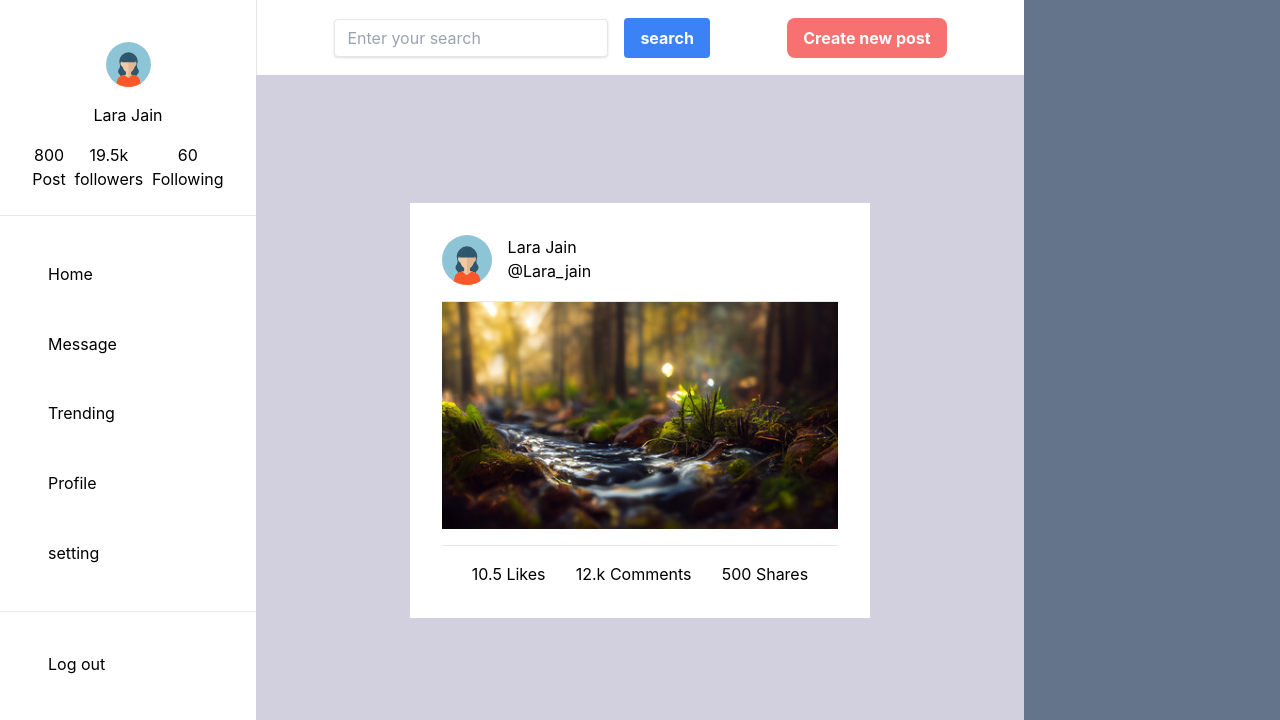
Repository: cosmicswati/upgrad-captions-project
Page: /
An editor plug-in stored every save of this project. The page is shown before and after the next save, followed by the edit.
The browser window is 1280 px wide. The pictures show the whole page.
The project was rebuilt for these pictures with package versions that can differ from the ones it lists, and the page was loaded fresh each time. Also part of the build but not shown: src/modules/Authorization/Form.jsx, src/modules/Authorization/index.js.

Above is the page before, as saved 2024-04-09 15:50:32.

After the next save:
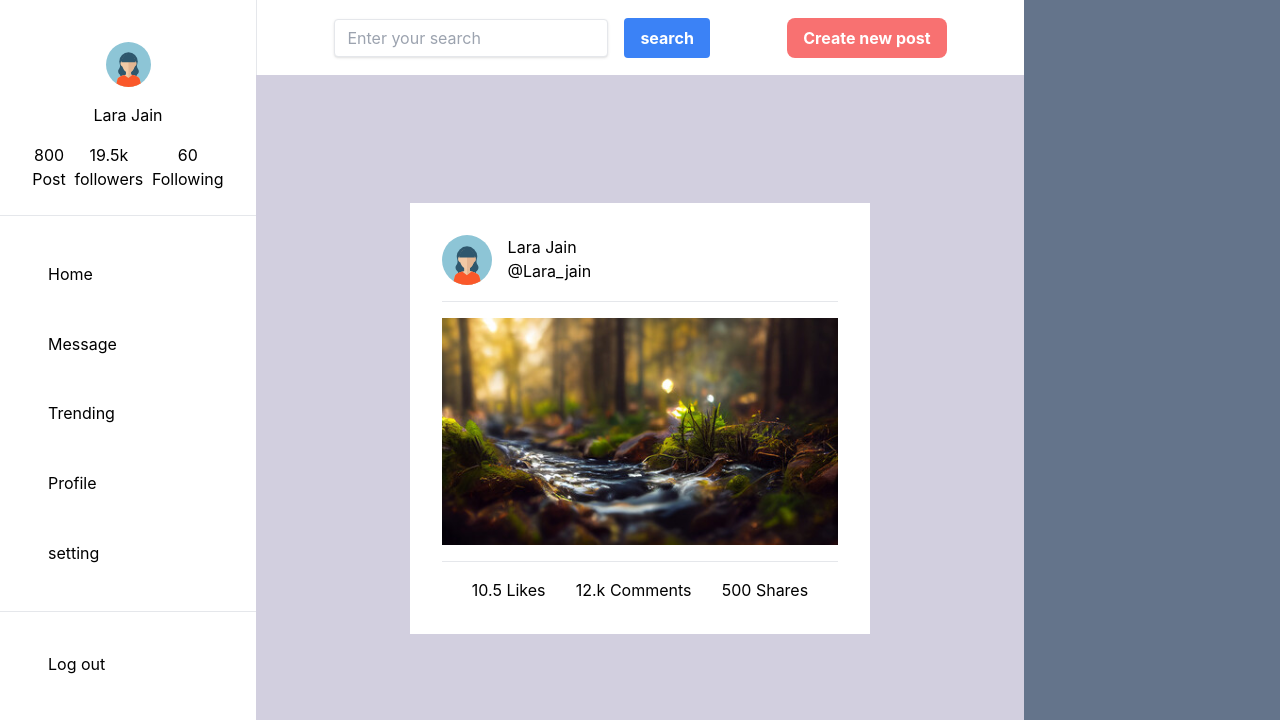
Saved 2 min 7 s later.
--- a/src/modules/Home/index.js
+++ b/src/modules/Home/index.js
@@ -48,7 +48,7 @@ const Home = () => {
                  <Button label='Create new post'  className='rounded-lg bg-red-400 hover:bg-red-500 mb-4'/>
             </div>
             <div className='bg-white w-[60%]  mx-auto mt-32 p-8'>
-                <div className='border-b flex item-center pb-4'>
+                <div className='border-b flex item-center pb-4 mb-4'>
                     <Avatar width={'50px'} height={'50px'} />
                    <div className='ml-4'>
                    <h3>Lara Jain</h3>
